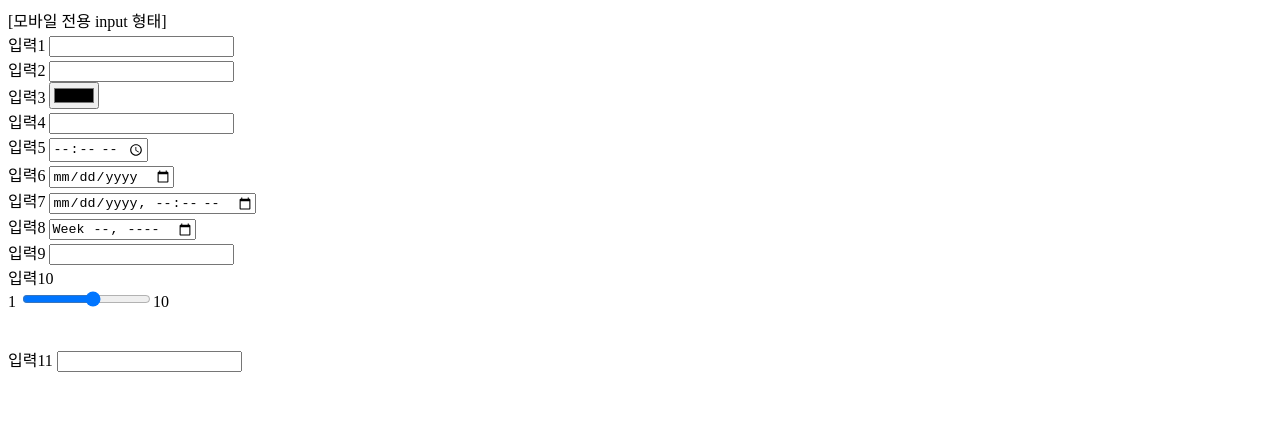
Repository: mnemion/BackendClass
Page: web/src/main/webapp/m/index.html
An editor plug-in stored every save of this project. The page is shown before and after the next save, followed by the edit.
The browser window is 1280 px wide. The pictures show the whole page.

Above is the page before, as saved 2023-08-31 05:59:45.

After the next save:
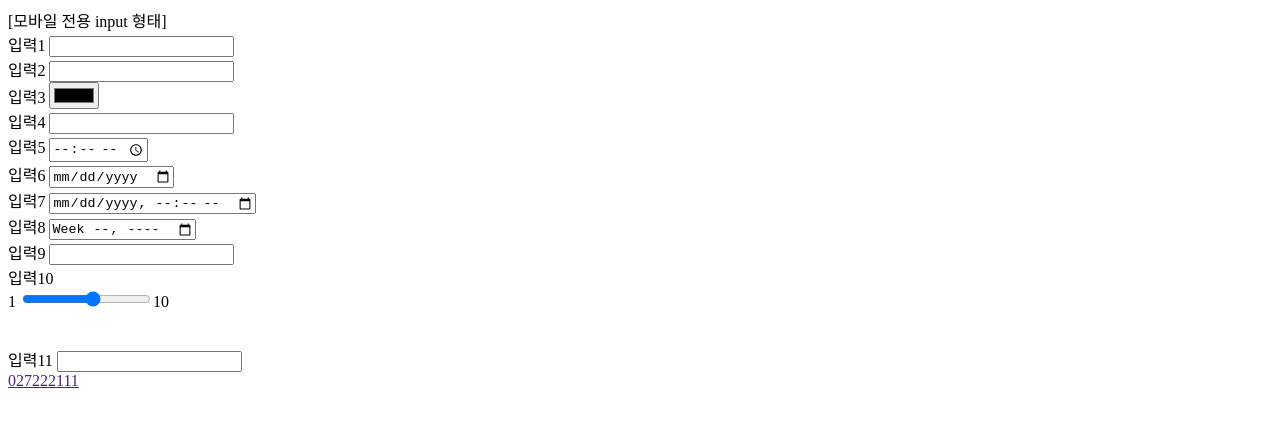
Saved 20 s later.
--- a/web/src/main/webapp/m/index.html
+++ b/web/src/main/webapp/m/index.html
@@ -23,5 +23,6 @@
 <br><br>
 </form>
 입력11 <input type="url"><br>		<!-- 도메인, 블로그 등 웹 경로 (M) -->
+<a href="">027222111</a>
 </body>
 </html>
